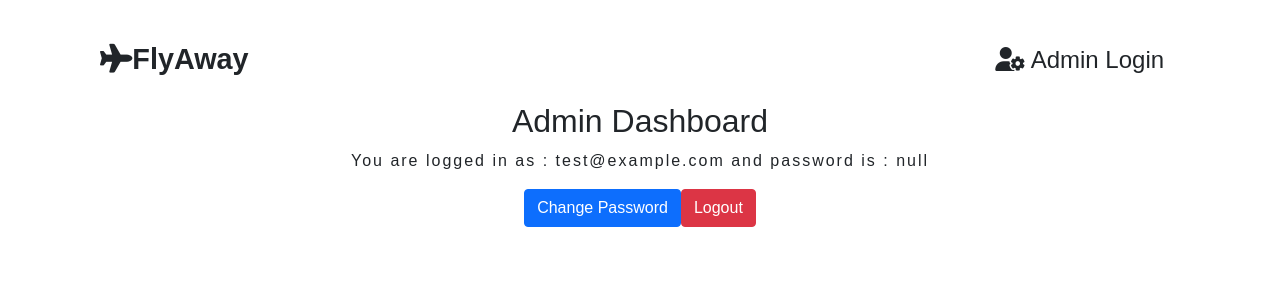
Repository: Niks4u2/FlyAway
Page: http://localhost/flyaway/search-results.jsp
The author's editor kept a copy of each file at every save. The page is drawn from the files as they stood at one save, then again after the next save.
The browser window is 1280 px wide. The pictures show the whole page.
Some web fonts or font styles are not loaded; a fallback is used. Some web libraries are served in a nearby version. The page is served by Tomcat 10. The session is filled in as if someone had signed in: {"email": "test@example.com"}. Other server files are loaded and not shown.

Above is the page before, as saved 2021-09-26 16:16:12.

### Source Code/flyaway/src/main/webapp/search-results.jsp
<%@ page language="java" contentType="text/html; charset=ISO-8859-1"
    pageEncoding="ISO-8859-1"%>
<!DOCTYPE html>
<html>

<head>
    <meta charset="utf-8">
    <meta name="viewreport" content="width=device-width, initial-scale=1.0">
    <title>FlyAway</title>
    <link href="https://cdn.jsdelivr.net/npm/bootstrap@5.0.2/dist/css/bootstrap.min.css" rel="stylesheet" integrity="sha384-EVSTQN3/azprG1Anm3QDgpJLIm9Nao0Yz1ztcQTwFspd3yD65VohhpuuCOmLASjC" crossorigin="anonymous">
	<script src="https://cdn.jsdelivr.net/npm/bootstrap@5.0.2/dist/js/bootstrap.bundle.min.js" integrity="sha384-MrcW6ZMFYlzcLA8Nl+NtUVF0sA7MsXsP1UyJoMp4YLEuNSfAP+JcXn/tWtIaxVXM" crossorigin="anonymous"></script>
    <link href="https://fonts.googleapis.com/css?family=Raleway&display=swap" rel="stylesheet" />
    <script src="https://kit.fontawesome.com/92e9dde9ec.js" crossorigin="anonymous"></script>
    <style>
        body {
            margin: 0;
            padding: 0;
            background: #fff;
            font-family: 'Raleway', sans-serif;
            color: #fff;
        }

        .banner {
            height: 100vh;
            width: 100%;
        }

        .banner .navbar {
            margin-top: 2%;
        }

        .banner .navbar-brand {
            color: #fff;
            font-size: 1.8em;
            font-weight: 700;
            margin-left: 7%;
        }

        .banner .nav {
            margin-right: 7%;
        }

        .banner .nav li a {
            color: #aaa;
            font-size: 1.5em;
        }

        .banner p {
            font-weight: 500;
            letter-spacing: 2px;
        }

        .login {
            margin-left: 50%;
        }
    </style>
</head>

<body>
	<%
	if(session.getAttribute("email") == null)
		response.sendRedirect("login.jsp");
	%>
    <div class="container-fluid banner justify-content-center align-items-center">
        <div class="row g-2">
            <div class="col-md-12">
                <nav class="navbar navbar-md">
                    <div class="navbar-brand text-dark"><i class="fas fa-plane"></i>FlyAway</div>
                    <ul class="nav">
                        <li class="nav-item">
                            <a class="nav-link text-dark" href="#"><i class="fas fa-user-cog"></i> Admin Login</a>
                        </li>
                    </ul>
                </nav>
            </div>
            <div class="col-md-12 text-center text-dark">
                <h2>
                    Admin Dashboard
                </h2>
                <p>You are logged in as : <%= session.getAttribute("email") %> and password is : <%= session.getAttribute("password") %> </p>
            </div>
        </div>
        	<div class="row g-2">
            <div class="col-md-12 d-flex justify-content-center">
                <button class="btn btn-primary">Change Password</button>
                <a href="LogoutServlet"><button class="btn btn-danger">Logout</button></a>
            </div>
			</div>

    </div>
</body>

</html>

After the next save:
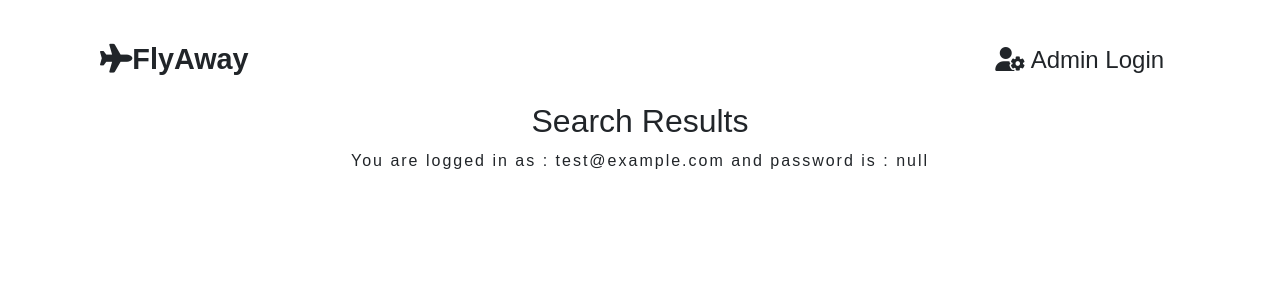
Saved 6 s later.
--- a/Source Code/flyaway/src/main/webapp/search-results.jsp
+++ b/Source Code/flyaway/src/main/webapp/search-results.jsp
@@ -6,7 +6,7 @@
 <head>
     <meta charset="utf-8">
     <meta name="viewreport" content="width=device-width, initial-scale=1.0">
-    <title>FlyAway</title>
+    <title>Search Results</title>
     <link href="https://cdn.jsdelivr.net/npm/bootstrap@5.0.2/dist/css/bootstrap.min.css" rel="stylesheet" integrity="sha384-EVSTQN3/azprG1Anm3QDgpJLIm9Nao0Yz1ztcQTwFspd3yD65VohhpuuCOmLASjC" crossorigin="anonymous">
 	<script src="https://cdn.jsdelivr.net/npm/bootstrap@5.0.2/dist/js/bootstrap.bundle.min.js" integrity="sha384-MrcW6ZMFYlzcLA8Nl+NtUVF0sA7MsXsP1UyJoMp4YLEuNSfAP+JcXn/tWtIaxVXM" crossorigin="anonymous"></script>
     <link href="https://fonts.googleapis.com/css?family=Raleway&display=swap" rel="stylesheet" />
@@ -57,10 +57,6 @@
 </head>
 
 <body>
-	<%
-	if(session.getAttribute("email") == null)
-		response.sendRedirect("login.jsp");
-	%>
     <div class="container-fluid banner justify-content-center align-items-center">
         <div class="row g-2">
             <div class="col-md-12">
@@ -75,18 +71,11 @@
             </div>
             <div class="col-md-12 text-center text-dark">
                 <h2>
-                    Admin Dashboard
+                    Search Results
                 </h2>
                 <p>You are logged in as : <%= session.getAttribute("email") %> and password is : <%= session.getAttribute("password") %> </p>
             </div>
         </div>
-        	<div class="row g-2">
-            <div class="col-md-12 d-flex justify-content-center">
-                <button class="btn btn-primary">Change Password</button>
-                <a href="LogoutServlet"><button class="btn btn-danger">Logout</button></a>
-            </div>
-			</div>
-
     </div>
 </body>
 
